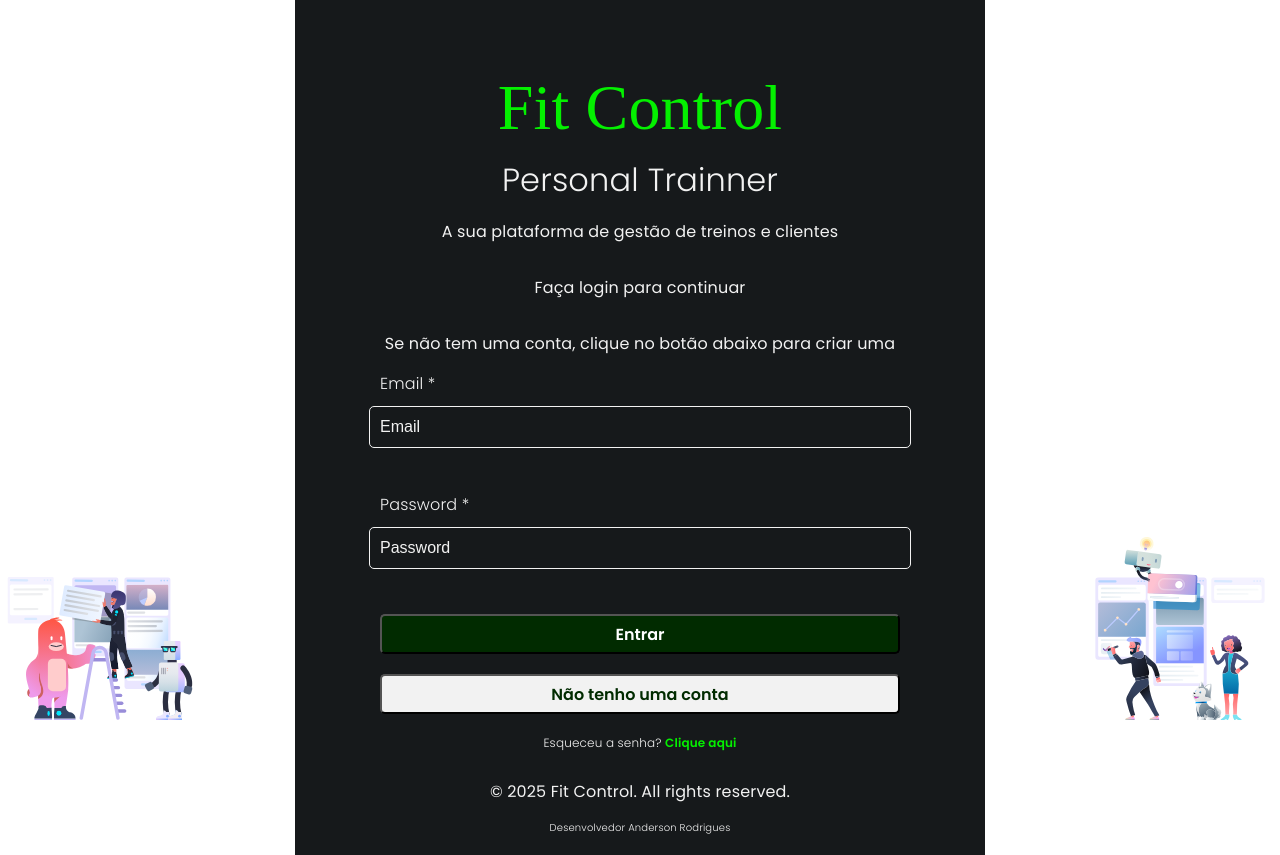
Repository: fit-control/frontend-fit-control
Page: /
These files come from the project's save history. The page is drawn as it stood at one moment and after the next save; the edit follows.
The browser window is 1280 px wide. The pictures show the whole page.
Some web fonts or font styles are not loaded; a fallback is used. The project was rebuilt for these pictures with package versions that can differ from the ones it lists, and the page was loaded fresh each time. The framework's server and built-in components were replaced by stand-ins that run in the browser. Also part of the build but not shown: next.config.js, vite.config.ts.

Above is the page before, as saved 2025-01-18 23:21:30.

### src/app/layout.tsx
/* eslint-disable @next/next/no-img-element */
import "./globals.css";
import Home from "./page";
export default function RootLayout({
  // children,
}: Readonly<{
  children: React.ReactNode;
}>) {
  return (
    <html lang="en">
      <body>
          <Home />
      </body>
    </html>
  );
}

### src/app/page.tsx
import ContainerCenterLogin from "./components/containerCenterLogin";

export default function Home() {
  return (
    <div className="items-center justify-items-center min-h-screen flex">
      <ContainerCenterLogin />
    </div>
  );
}

### src/app/globals.css
@import url('https://fonts.googleapis.com/css2?family=Alike+Angular&family=Platypi:ital,wght@0,300..800;1,300..800&family=Poppins:ital,wght@0,100;0,200;0,300;0,400;0,500;0,600;0,700;0,800;0,900;1,100;1,200;1,300;1,400;1,500;1,600;1,700;1,800;1,900&display=swap');
@import url('https://fonts.googleapis.com/css2?family=Aguafina+Script&family=Alike+Angular&family=Platypi:ital,wght@0,300..800;1,300..800&family=Poppins:ital,wght@0,100;0,200;0,300;0,400;0,500;0,600;0,700;0,800;0,900;1,100;1,200;1,300;1,400;1,500;1,600;1,700;1,800;1,900&display=swap');
/* @tailwind base;
@tailwind components;
@tailwind utilities; */

/* :root {
  --background: #ffffff;
  --foreground: #171717;
}

@media (prefers-color-scheme: light) {
  :root {
    --background: #0a0a0a;
    --foreground: #ededed;
  }
} */

body {
  padding: 0;
  margin: 0;
  font-family: Poppins, sans-serif;
  font-size: 16px;
  line-height: 1.5;
  font-weight: 400;
  letter-spacing: 0.01em;
  display: flex;
  justify-content: center;
  align-items: center;

  .iconPageLeft {
    position: absolute;
    left: 0;
    bottom: 0;
    max-width: 400px;
    max-height: 400px;

    @media (max-width: 1480px) {
      max-width: 300px;
      max-height: 300px;
    }
    @media (max-width: 1280px) {
      max-width: 200px;
      max-height: 200px;
    }
    @media (max-width: 930px) {
      display: none;
    }
  }
  .iconPageRight {
    position: absolute;
    right: 0;
    bottom: 0;
    max-width: 400px;
    max-height: 400px;

    @media (max-width: 1480px) {
      max-width: 300px;
      max-height: 300px;
    }

    @media (max-width: 1280px) {
      max-width: 200px;
      max-height: 200px;
    }
    @media (max-width: 930px) {
      display: none;
    }
  }

  .containerLogin {
    min-width: 650px;
    min-height: calc(100vh - 40px);
    display: flex;
    flex-direction: column;
    justify-content: space-between;
    padding: 20px;
    align-items: center;
    background-color: #16191B;

    @media (max-width: 1080px) {
      min-width: 550px;
    }
    @media (max-width: 980px) {
      min-width: 500px;
    }
    @media (max-width: 930px) {
      width: calc(100vw - 40px);
      overflow: hidden;
    }
    .divTitle {
      margin-top: 40px;
      display: flex;
      flex-direction: column;
      align-items: center;
      justify-content: center;

      h1 {
        margin: 0;
        color: #04F000;
        font-family: 'Aguafina Script', cursive;
        font-size: 4rem;
        font-weight: 400;
      }
      h3 {
        margin: 0;
        color: #F2F2F2;
        font-family: 'Poppins', sans-serif;
        font-size: 2rem;
        font-weight: 300;
      }
    }
    p {
      color: #F2F2F2;
    }
    footer {
      display: flex;
      flex-direction: column;
      align-items: center;
      justify-content: center;

      .assignDeveloper {
        margin: 0%;
        color: #F2F2F2;
        font-size: 10px;
        font-weight: 300;
      }
    }

    .centerCard {
      display: flex;
      flex-direction: column;
      align-items: center;
      justify-content: center;
      gap: 10px;
      width: -webkit-fill-available;

      input {
        width: 80%;
        height: 40px;
        border: 1px solid #F2F2F2;
        border-radius: 5px;
        padding: 0 10px;
        background-color: #16191B;
        color: #F2F2F2;
        font-size: 16px;
        font-weight: 300;
        outline: none;
        margin-bottom: 35px;
        transition: all 0.3s ease;
        &::placeholder {
          color: #F2F2F2;
          font-size: 16px;
          font-weight: 300;
        }
        &:focus {
          border-color: #04F000;
        }
      }
      label {
        color: #F2F2F2;
        font-size: 16px;
        font-weight: 300;
        display: flex;
        justify-content: flex-start;
        width: 80%;
      }
      button {
        width: 80%;
        height: 40px;
        border-radius: 5px;
        padding: 0 10px;
        background-color: #012B00;
        color: #FFFFFF;
        font-family: 'Poppins', sans-serif;
        font-size: 16px;
        font-weight: 600;
        outline: none;
        transition: all 0.3s ease;
      }
      button:hover {
        background-color: #F2F2F2;
        color: #16191B;
        cursor: pointer;
      }
      button:active {
        background-color: #04F000;
        color: #16191B;
        cursor: pointer;
        opacity: 0.5;
      }
      button:disabled {
        background-color: #F2F2F2;
        color: #16191B;
        cursor: not-allowed;
        opacity: 0.5;
      }
      button:focus {
        outline: none;
      }
      button:focus-visible {
        outline: 1px solid #F2F2F2;
      }
      .registerButton {
        background-color: #F2F2F2;
        color: #012B00;
        font-family: 'Poppins', sans-serif;
        font-size: 16px;
        font-weight: 600;
        outline: none;
        transition: all 0.3s ease;
        margin-top: 10px;

      }
      .registerButton:hover {
        background-color: #012B00;
        text-decoration: underline;
        color: #F2F2F2;
        cursor: pointer;
        transition: all 0.4s ease-in-out;
      }
      .registerLink {
        color: #04F000;
        font-weight: 600;
      }
      .forgotPassword {
        margin-top: 10px;
        font-size: 12px;
        font-weight: 300;
      }
      .registerLink {
        color: #04F000;
        font-weight: 600;
        text-decoration: none;
      }
      .registerLink:hover {
        text-decoration: underline;
      }
    }
  }
}

### src/app/components/containerCenterLogin.tsx
/* eslint-disable react/no-unescaped-entities */
/* eslint-disable @next/next/no-img-element */
const ContainerCenterLogin = () => {
  return (
    <div><img src="/trello-right.e6e102c7 (1).svg" alt="iconPageLeft" className="iconPageLeft" />
        <main className="containerLogin">
        <div className="divTitle">
          <h1 className="title">Fit Control</h1>
          <h3 className="subtitle">Personal Trainner</h3>
          <p className="description">A sua plataforma de gestão de treinos e clientes</p>
          <p className="description">Faça login para continuar</p>
          <p className="description">Se não tem uma conta, clique no botão abaixo para criar uma</p>
        </div>
        <div className="centerCard">
          <label htmlFor="email">Email *</label>
          <input type="text" placeholder="Email" />
          <label htmlFor="password">Password *</label>
          <input type="password" placeholder="Password" />
          <button>Entrar</button>
          <button className="registerButton">Não tenho uma conta</button>
          <p className="forgotPassword">Esqueceu a senha? <a href="/register" className="registerLink">Clique aqui</a></p>
        </div>
        <footer className="">
          <p className="">
            &copy; {new Date().getFullYear()} Fit Control. All rights reserved.
          </p>
          <p className="assignDeveloper">Desenvolvedor Anderson Rodrigues</p>
        </footer>
      </main>
      <img src="/trello-left.4f52d13c (1).svg" alt="iconPageRight" className="iconPageRight" />
    </div>
  );
};

export default ContainerCenterLogin;

Loaded but not shown: tailwind.config.js (common file)

After the next save:
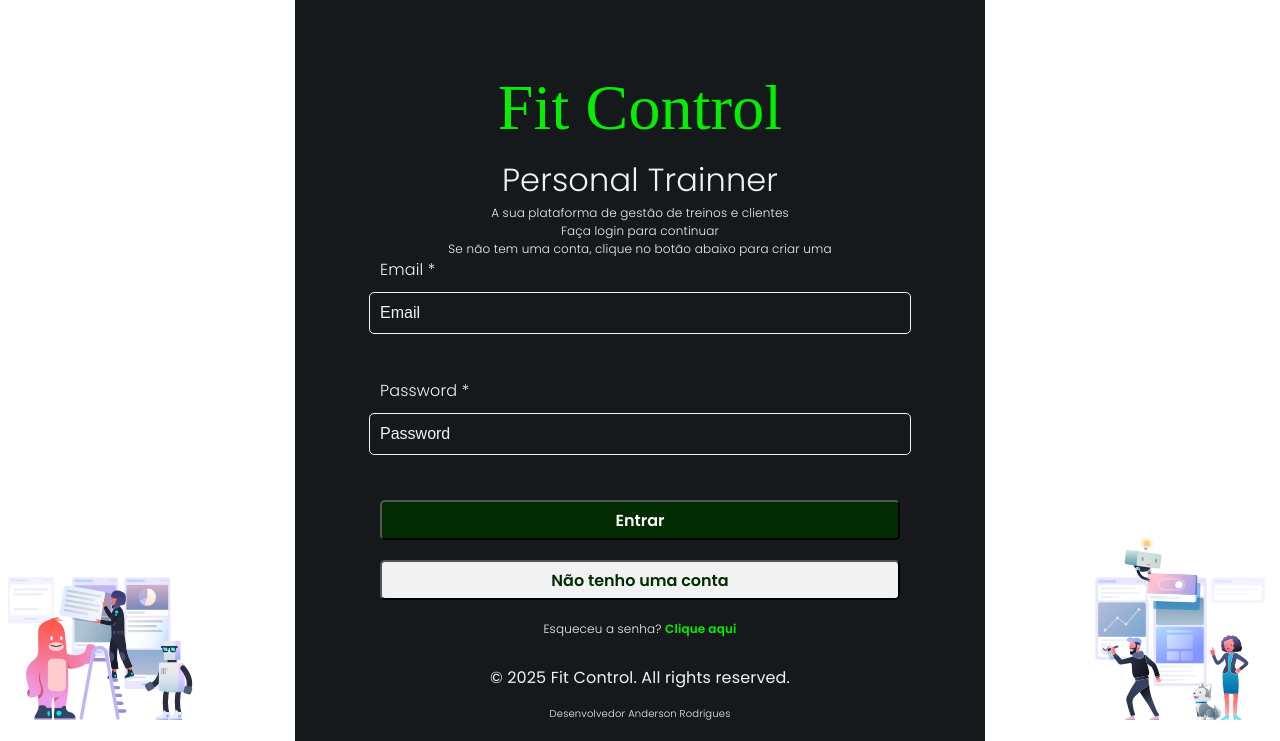
Saved 55 s later.
--- a/src/app/globals.css
+++ b/src/app/globals.css
@@ -109,6 +109,12 @@ body {
         font-size: 2rem;
         font-weight: 300;
       }
+      p {
+        color: #F2F2F2;
+        font-size: 12px;
+        font-weight: 300;
+        margin: 0;
+      }
     }
     p {
       color: #F2F2F2;
